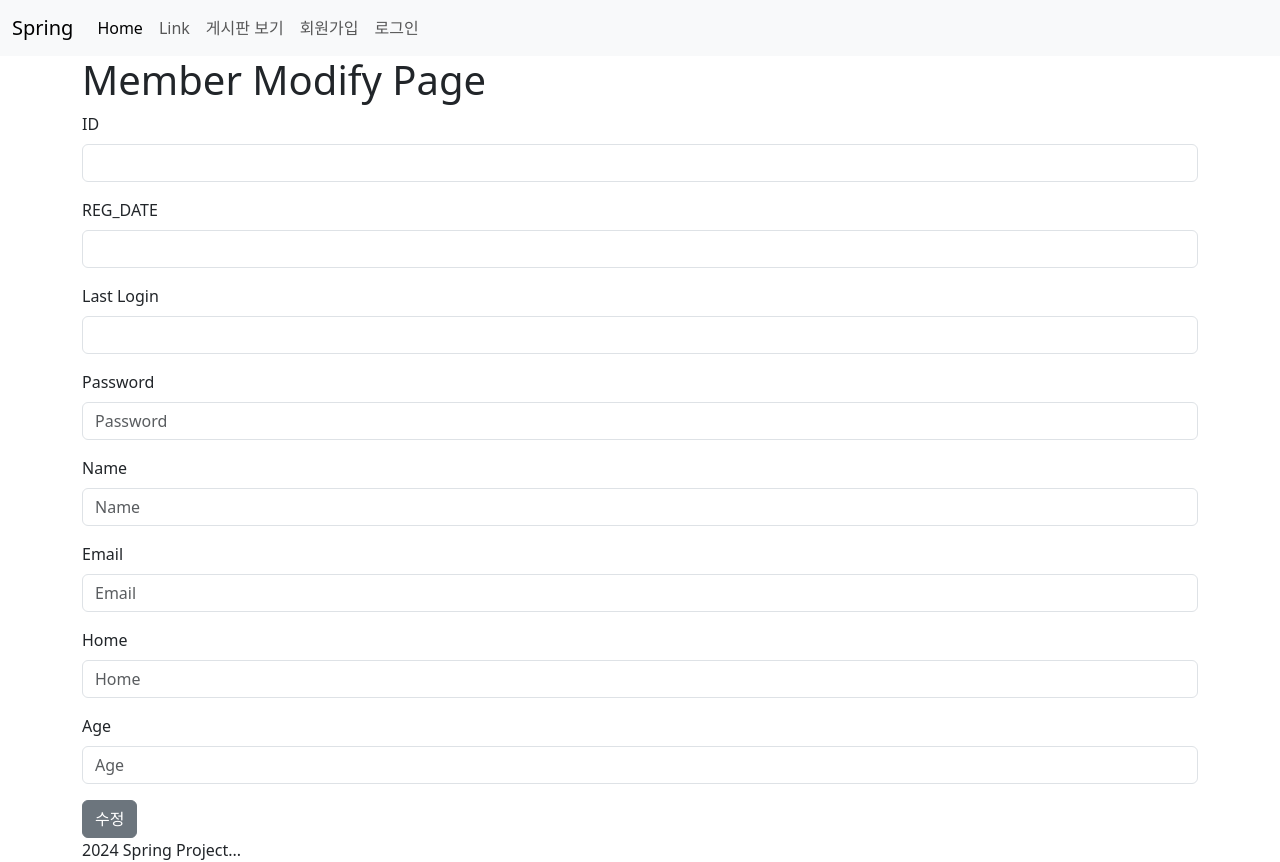
Repository: gajami-kim/240430_Spring_Study
Page: http://localhost/spring_study/WEB-INF/views/member/modify.jsp
These files come from the project's save history. The page is drawn as it stood at one moment and after the next save; the edit follows.
The browser window is 1280 px wide. The pictures show the whole page.
The page is served by Tomcat 9. Nobody is signed in. The template is opened directly, without the code that normally fills it, so the values that code supplies are empty.

Above is the page before, as saved 2024-04-25 09:08:40.

After the next save:
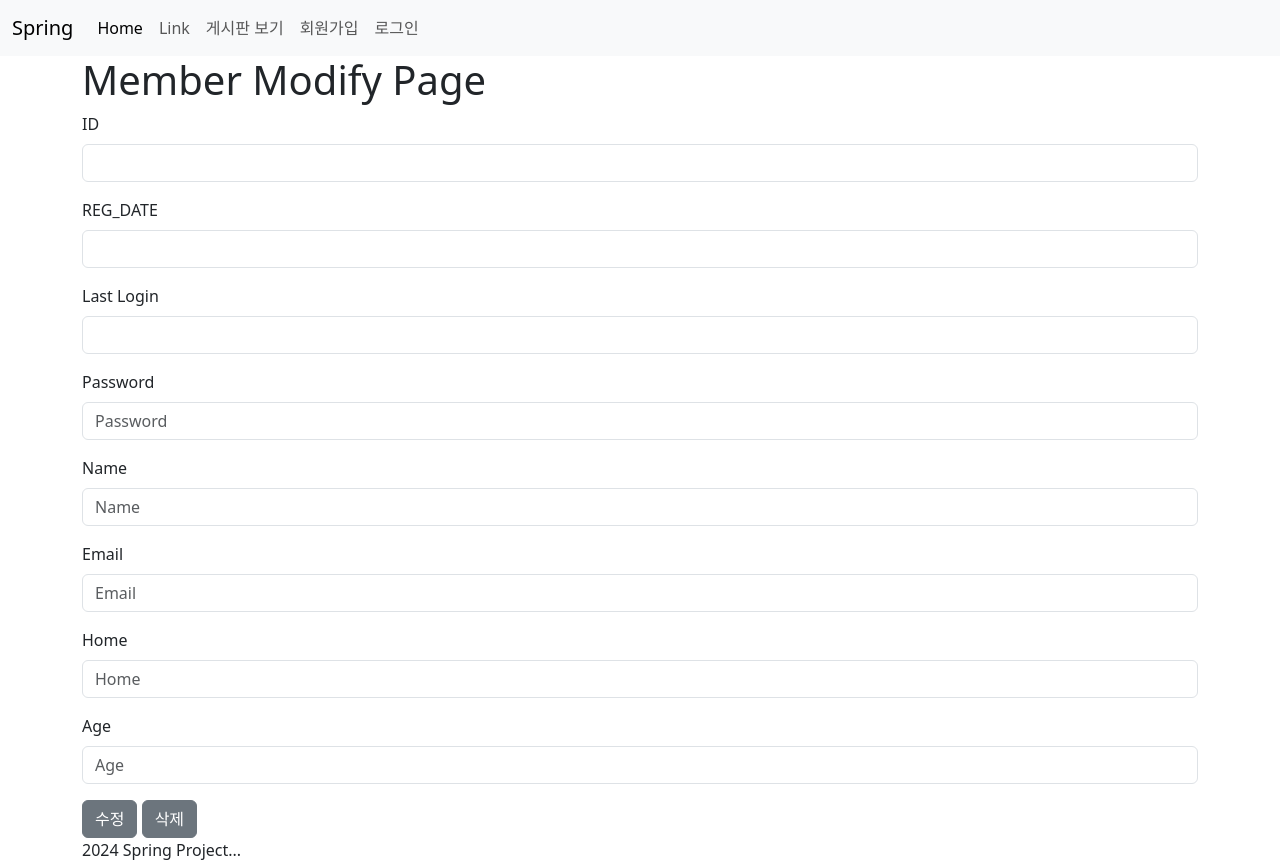
Saved 7 s later.
--- a/spring_study/src/main/webapp/WEB-INF/views/member/modify.jsp
+++ b/spring_study/src/main/webapp/WEB-INF/views/member/modify.jsp
@@ -38,6 +38,7 @@
 		  <input type="text" class="form-control" name="age" id="a"  value="${ses.age }" placeholder="Age">
 		</div>
 		<button type="submit" class="btn btn-secondary">수정</button>
+		<button type="submit" class="btn btn-secondary">삭제</button>
 	</form>
 </div>
 
